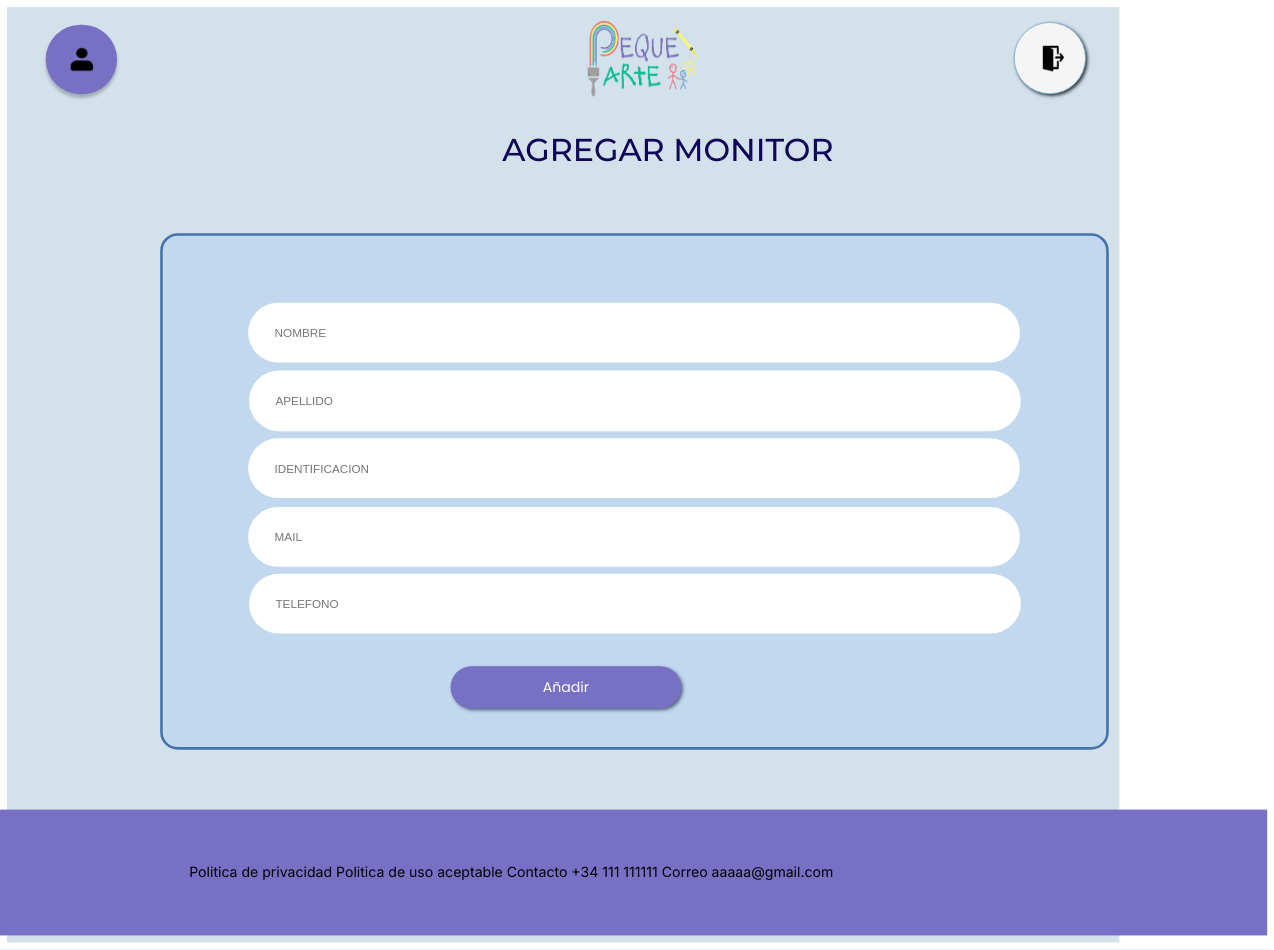
Repository: maariadomiingo/Proyecto-Integrador-Campamento
Page: html/agregarMonitor.html
These files come from the project's save history. The page is drawn as it stood at one moment and after a run of saves; the edit follows.
The browser window is 1280 px wide. The page is 1448 px wide, so the pictures cover 1448 px, including what lies to the right of the window. The pictures show the whole page, at 88% of full size.

Above is the page before, as saved 2025-02-13 11:13:07.

After the next 2 saves:
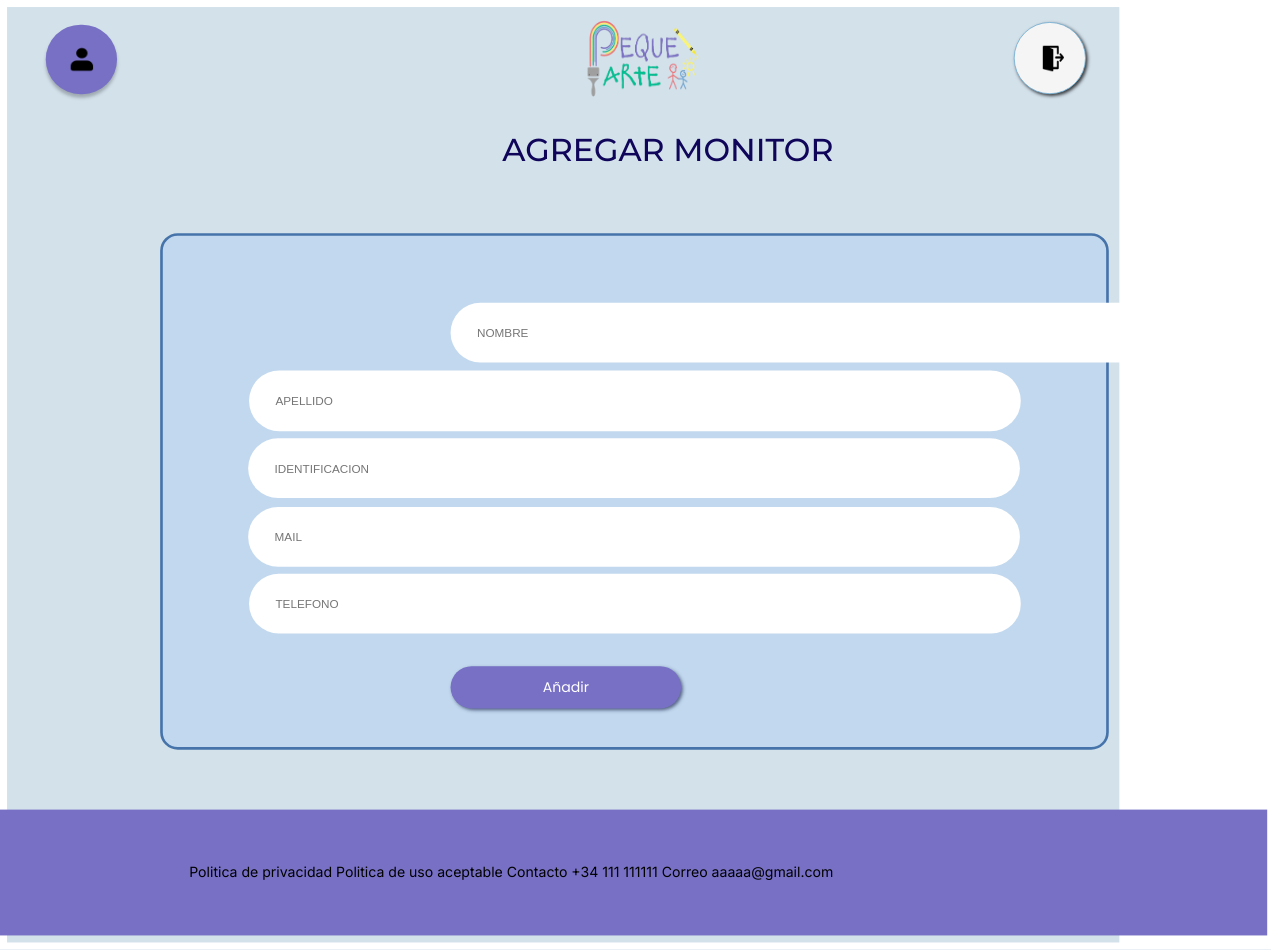
The 2 saves are shown as one change because they came seconds apart.
The last was saved 31 s later.
--- a/css/agregarMonitor.css
+++ b/css/agregarMonitor.css
@@ -123,7 +123,7 @@ button {
   width: 860px;
   height: 66px;
   top: 344px;
-  left: 282px;
+  left: 40%;
   cursor: pointer;
   background: #ffffff;
   border: none;
